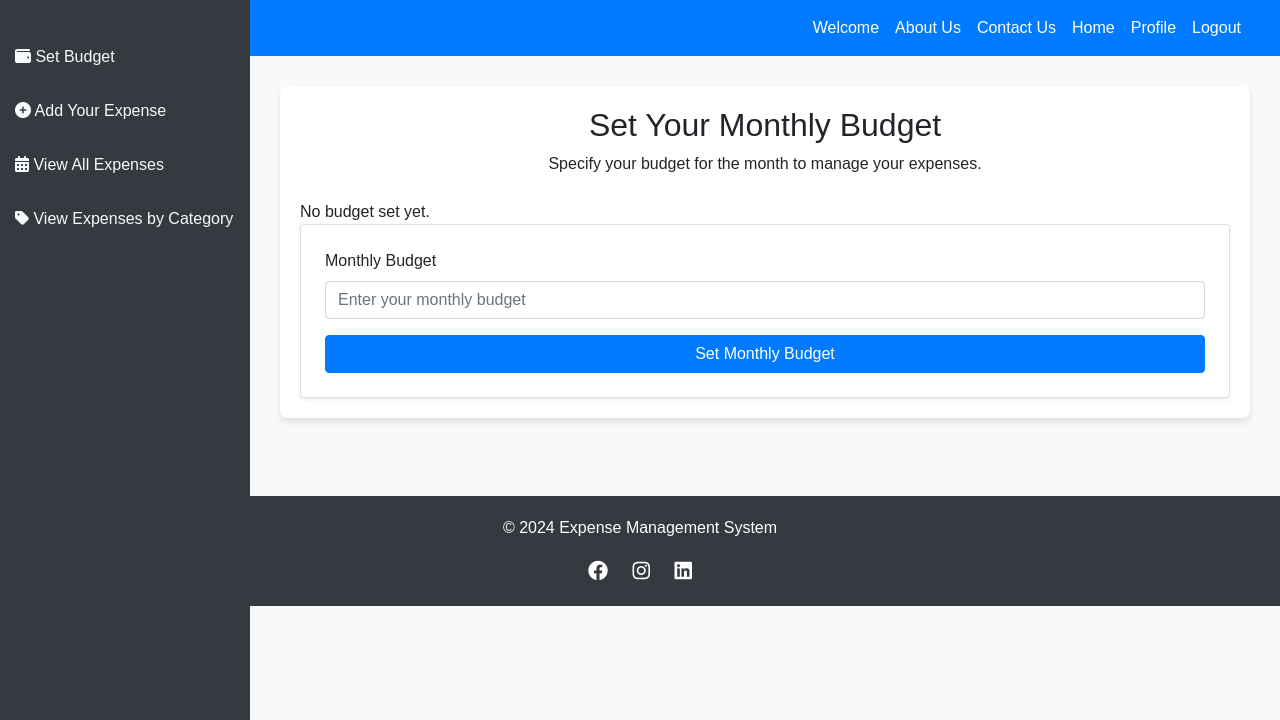
Repository: omlokhande1212/Expense-management
Page: http://localhost/Demo/setBudget.jsp
The author's editor kept a copy of each file at every save. The page is drawn from the files as they stood at one save, then again after the next save.
The browser window is 1280 px wide. The pictures show the whole page.
Some web libraries are served in a nearby version. The page is served by Tomcat 10.

Above is the page before, as saved 2024-11-24 06:00:44.

After the next save:
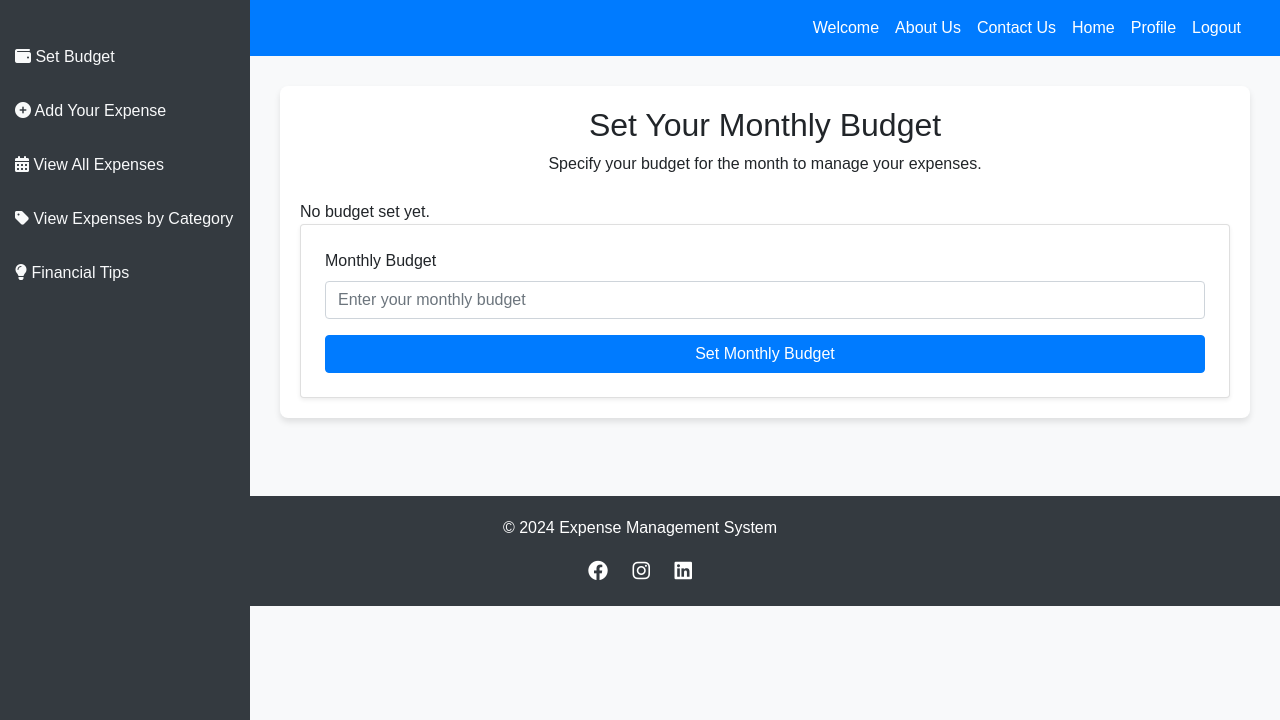
Saved 25 s later.
--- a/expense/Demo/src/main/webapp/setBudget.jsp
+++ b/expense/Demo/src/main/webapp/setBudget.jsp
@@ -189,6 +189,8 @@
     <a href="addExpense.jsp"><i class="fas fa-plus-circle"></i> Add Your Expense</a>
     <a href="ViewExpenses.jsp"><i class="fas fa-calendar-alt"></i> View All Expenses </a>
     <a href="report.jsp"><i class="fas fa-tag"></i> View Expenses by Category</a>
+     <a href="finincialtips.html"><i class="fas fa-lightbulb"></i> Financial Tips</a>
+
   </aside>
 
   <!-- Main Content -->
